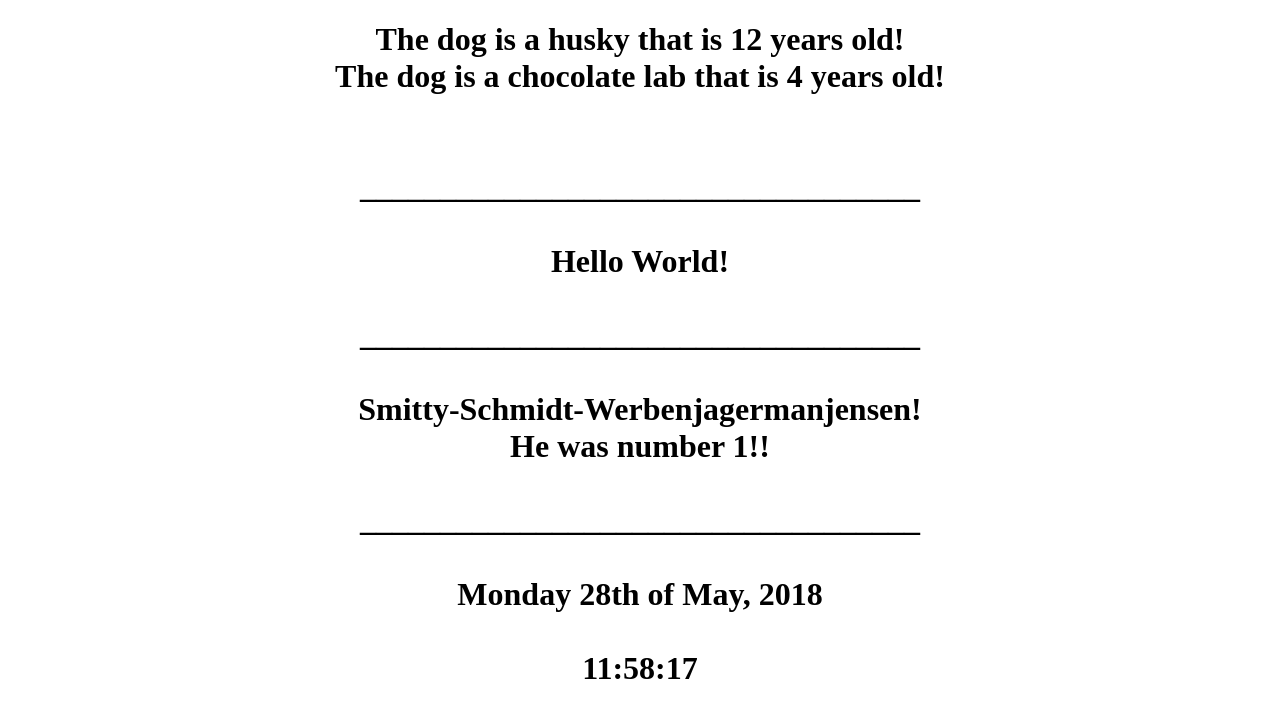
Repository: Lexscher/PHP-practice
Page: http://localhost/
The author's editor kept a record of every edit. The page is drawn from the files as they stood at one moment, then again after the next edit.
The browser window is 1280 px wide. The pictures show the whole page.
The page is run by PHP 8.4 with error messages shown; the project is at /var/www/html/.

Above is the page before.

After the next edit:
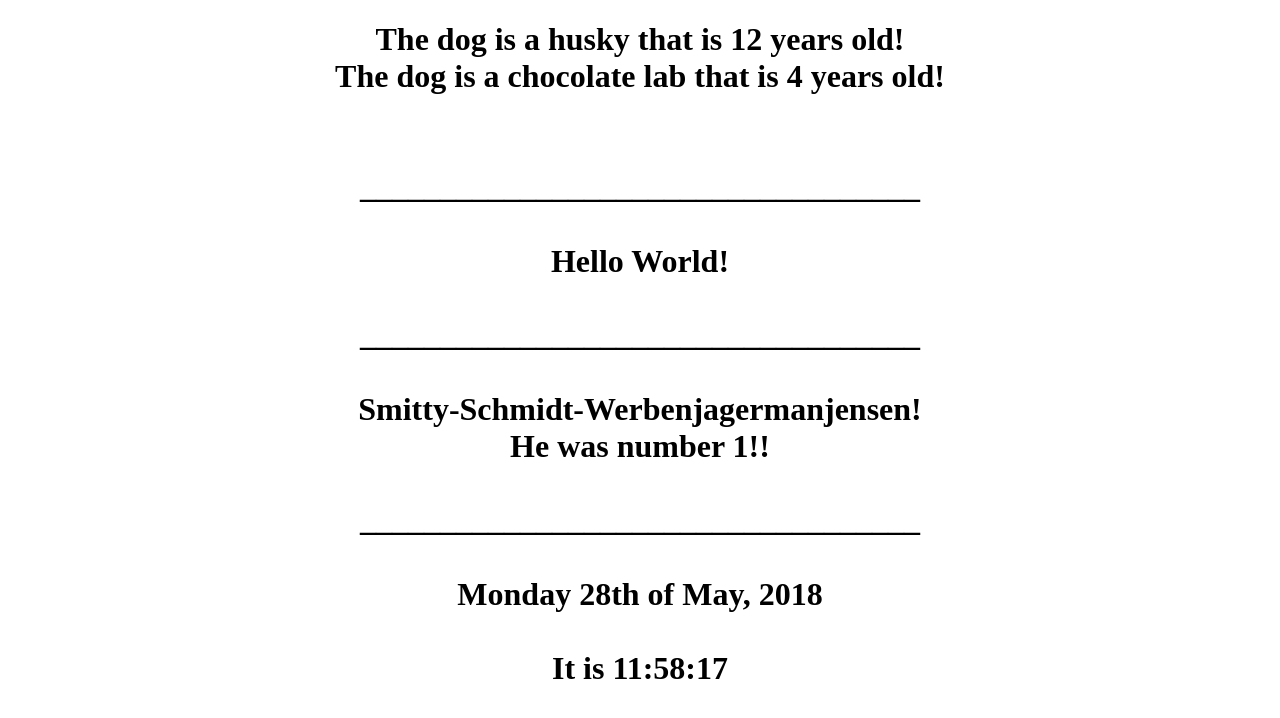
The edit:
--- a/index.php
+++ b/index.php
@@ -73,7 +73,7 @@
                    return $str;
                 };
 
-                echo date(eastCostenization("H") . ":i:s");
+                echo "It is " . date(eastCostenization("H") . ":i:s");
 
 
                 ?>
